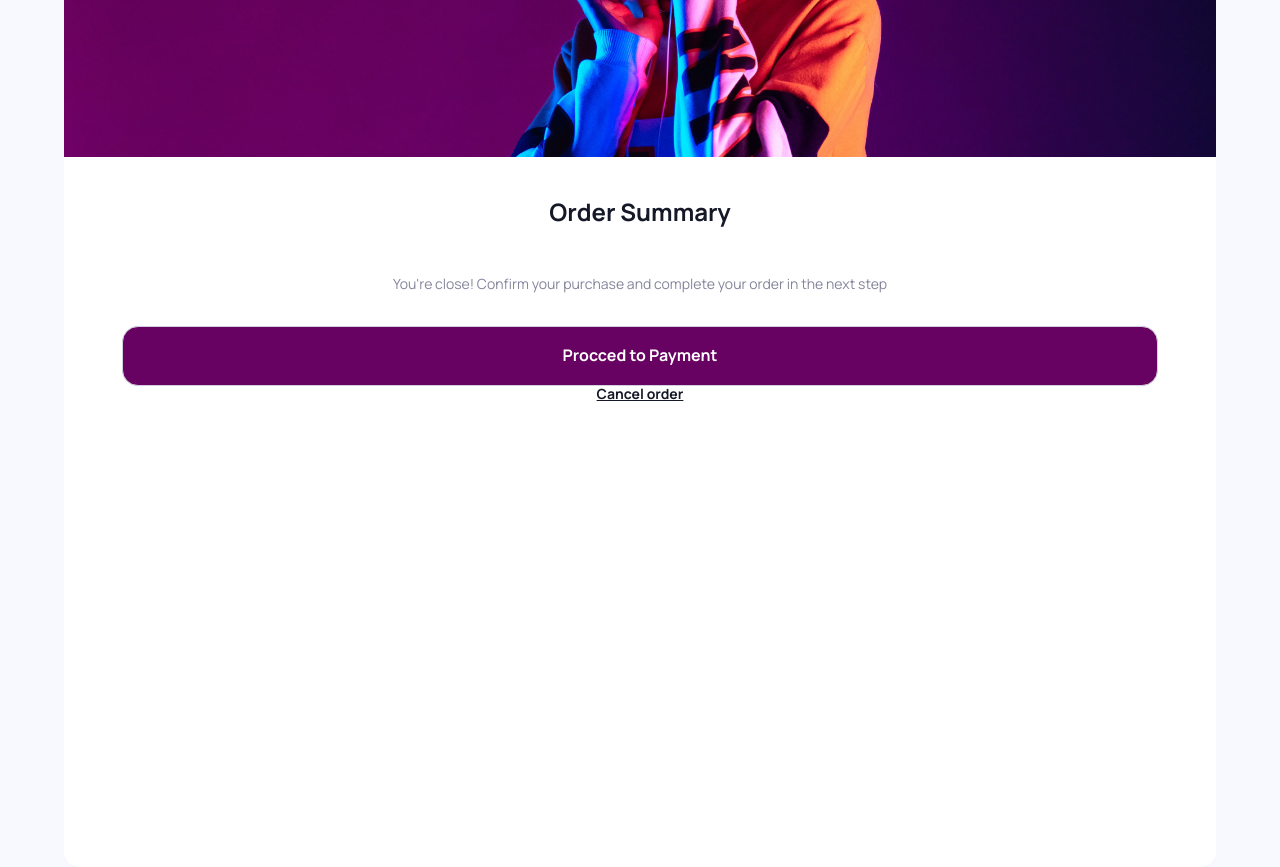
Repository: ssynowiec/INVO-Academy-solution
Page: /
These files come from the project's save history. The page is drawn as it stood at one moment and after a run of saves; the edit follows.
The browser window is 1280 px wide. The pictures show the whole page.
The project was rebuilt for these pictures with package versions that can differ from the ones it lists, and the page was loaded fresh each time.

Above is the page before, as saved 2023-02-16 09:47:39.

After the next 2 saves:
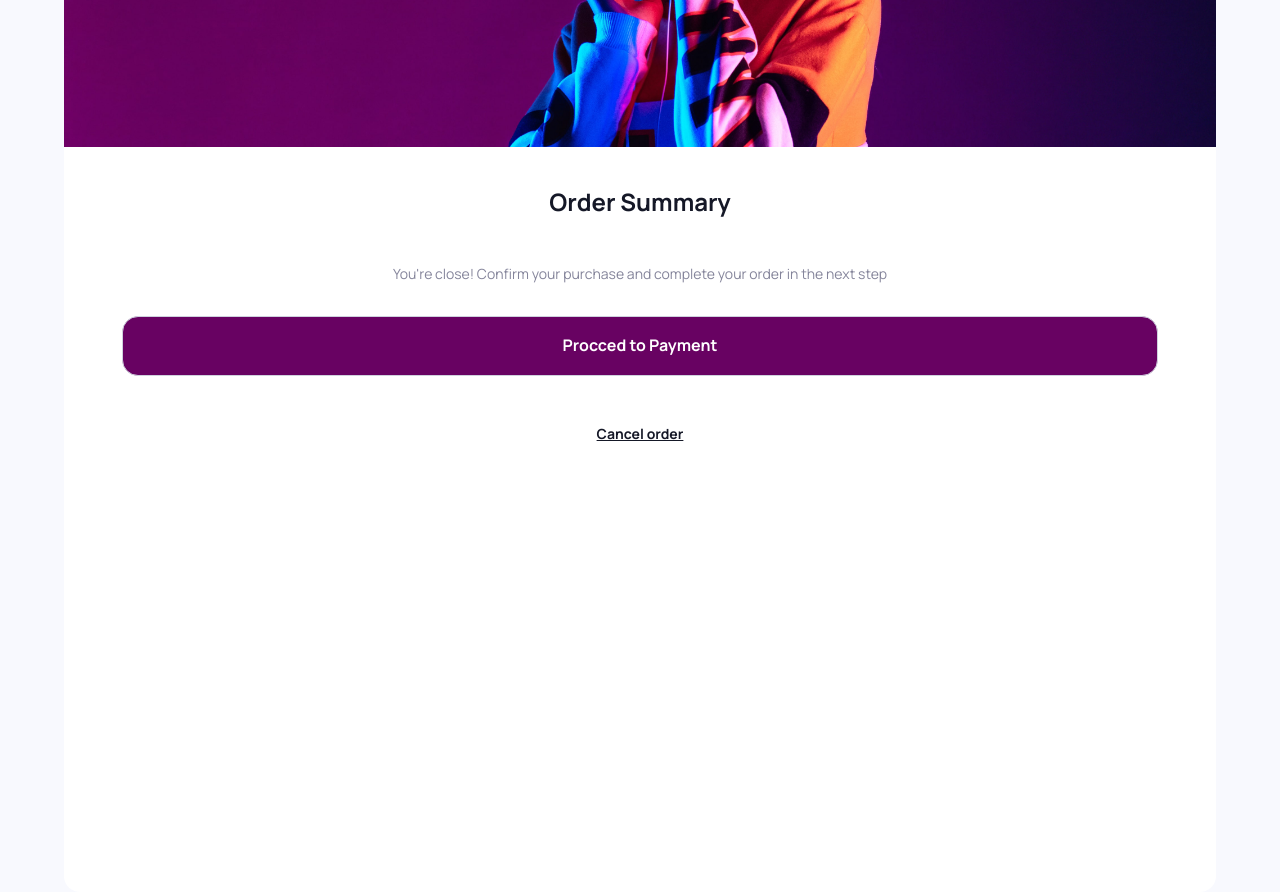
The 2 saves are shown as one change because they came seconds apart.
The last was saved 11 s later.
--- a/src/pages/home-page/styles/home-page.scss
+++ b/src/pages/home-page/styles/home-page.scss
@@ -57,6 +57,7 @@
 
 	&-link {
 		letter-spacing: -1%;
+		padding-top: 50px;
 		font-size: 14px;
 		font-weight: bold;
 		color: var(--color-title);
